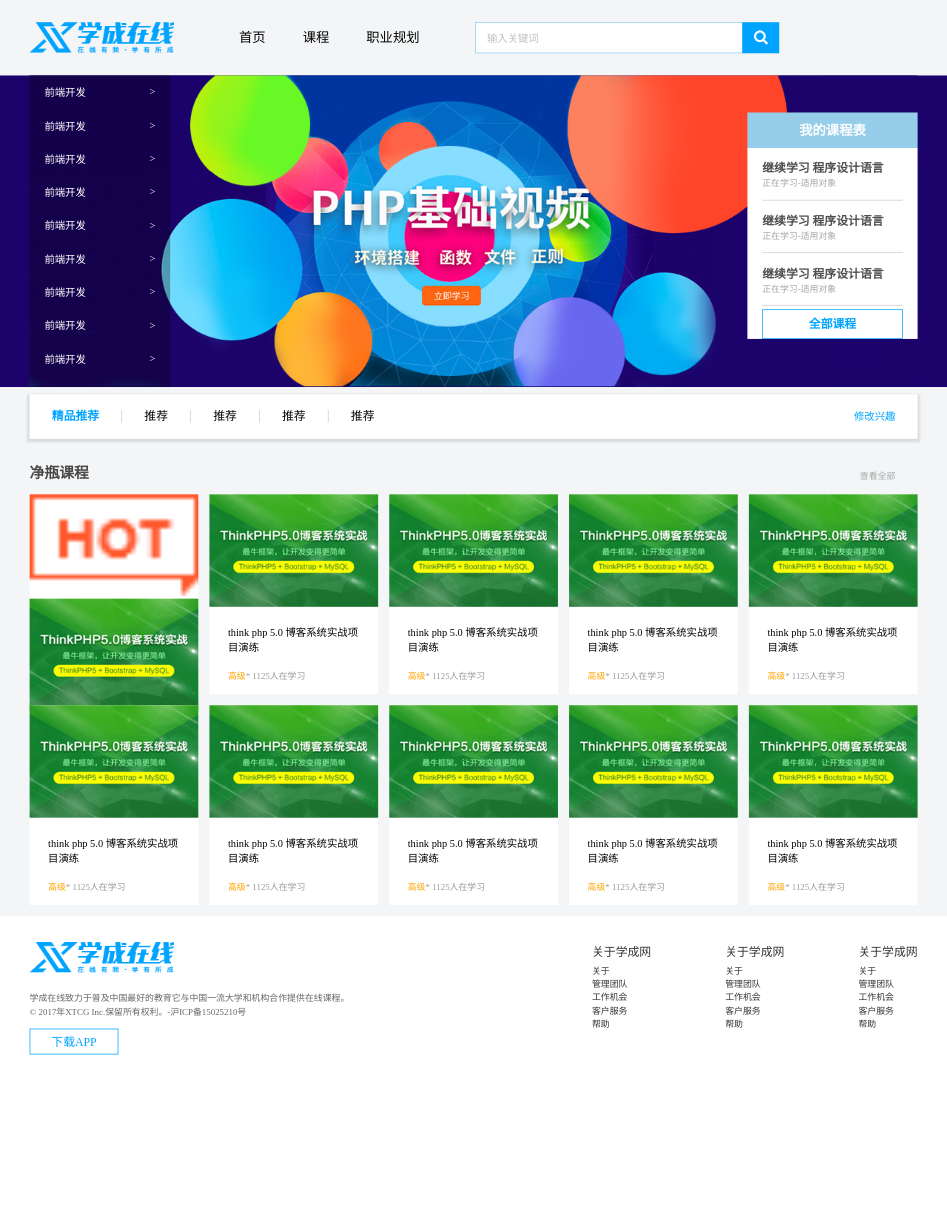
Repository: R1Deemo/Web-Project
Page: index..html
The author's editor kept a copy of each file at every save. The page is drawn from the files as they stood at one save, then again after the next save.
The browser window is 1280 px wide. The pictures show the whole page, at 74% of full size.

Above is the page before, as saved 2022-03-10 20:00:24.

After the next save:
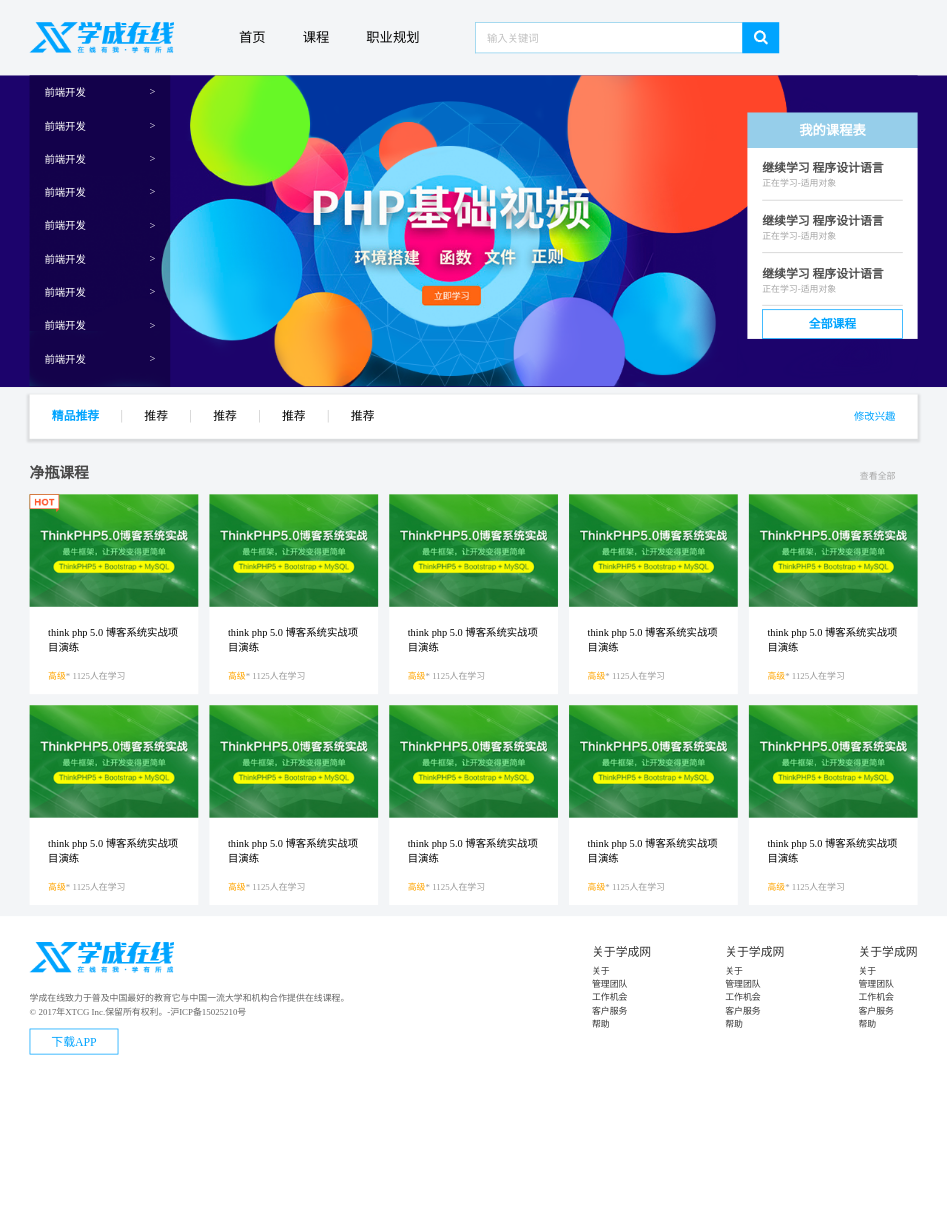
Saved 83 s later.
--- a/style.css
+++ b/style.css
@@ -253,8 +253,16 @@
     background-color: #fff;
 }
 
-.box-bd ul li img {
+.box-bd ul li>img {
     width: 100%;
+}
+
+.box-bd ul li {
+    position: relative;
+}
+
+.box-bd ul li em {
+    position: absolute;
 }
 
 .box-bd ul li h4 {
